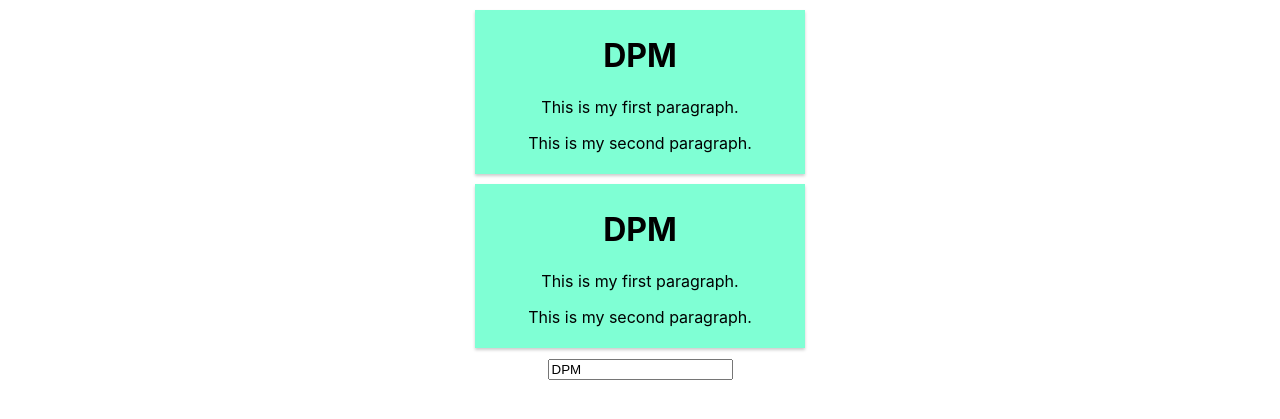
Repository: AidanHak/udemy-react-guide
Page: / (app in base-syntax--assignment-problem/)
An editor plug-in stored every save of this project. The page is shown before and after the next save, followed by the edit.
The browser window is 1280 px wide. The pictures show the whole page.
The project was rebuilt for these pictures with package versions that can differ from the ones it lists, and the page was loaded fresh each time.

Above is the page before, as saved 2020-12-17 19:35:22.

### base-syntax--assignment-problem/src/App.js
import React, { Component } from 'react';
import './App.css';
import UserInput from './UserInput/UserInput';
import UserOutput from './UserOutput/UserOutput';

class App extends Component {
	state = {
		username: 'DPM'
	}

	changeUsernameHandler = (event) => {
		this.setState({
			username: event.target.value
		})
	}

	render() {
		return (
		  <div className="App">
				<UserOutput
					username={this.state.username}></UserOutput>
				<UserOutput
					username={this.state.username}></UserOutput>
				<UserInput
					username={this.state.username}
					usernameChange={this.changeUsernameHandler}></UserInput>
		  </div>
		);
	}
}

export default App;

### base-syntax--assignment-problem/src/UserInput/UserInput.js
import React from 'react';

const UserInput = (props) => {
	return (
		<div className="UserInput">
			<input type="text" value={props.username} onChange={props.usernameChange} />
		</div>
	)
}

export default UserInput;

### base-syntax--assignment-problem/src/UserOutput/UserOutput.js
import React from 'react';
import './UserOutput.css';

const UserOutput = (props) => {
	const style = {
		width: '25%',
		padding:'5px',
		margin: '10px auto',
		boxShadow: '0 2px 3px #ccc'
	}

	return (
		<div className="UserOutput" style={style}>
			<h1>{props.username}</h1>
			<p>This is my first paragraph.</p>
			<p>This is my second paragraph.</p>
		</div>
	)
}

export default UserOutput;

### base-syntax--assignment-problem/src/UserOutput/UserOutput.css
.UserOutput {
	background-color:aquamarine;
}

Loaded but not shown: base-syntax--assignment-problem/public/index.html (common file); base-syntax--assignment-problem/src/index.js (common file); base-syntax--assignment-problem/src/index.css (common file); base-syntax--assignment-problem/src/reportWebVitals.js (common file); base-syntax--assignment-problem/src/App.css (common file)

After the next save:
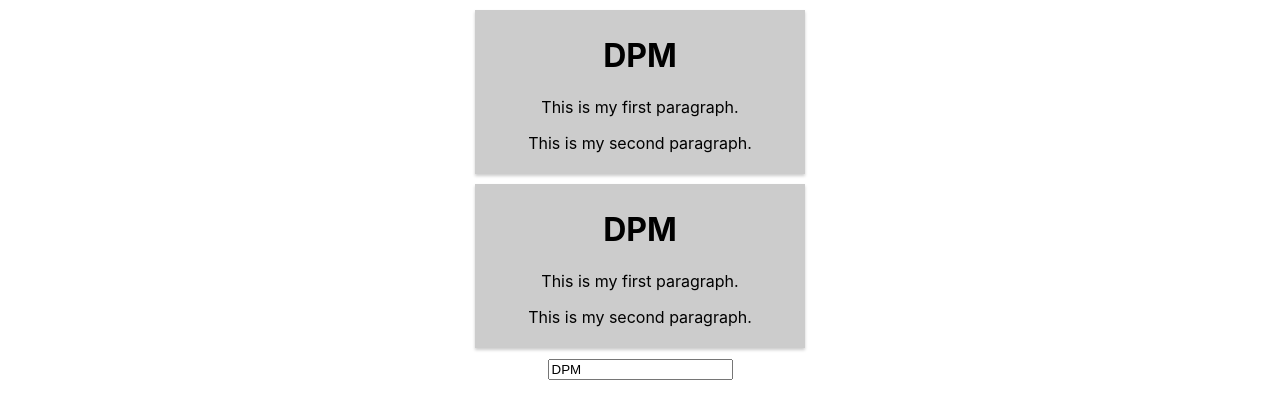
Saved 10 s later.
--- a/base-syntax--assignment-problem/src/UserOutput/UserOutput.css
+++ b/base-syntax--assignment-problem/src/UserOutput/UserOutput.css
@@ -1,3 +1,3 @@
 .UserOutput {
-	background-color:aquamarine;
+	background-color:#ccc;
 }
